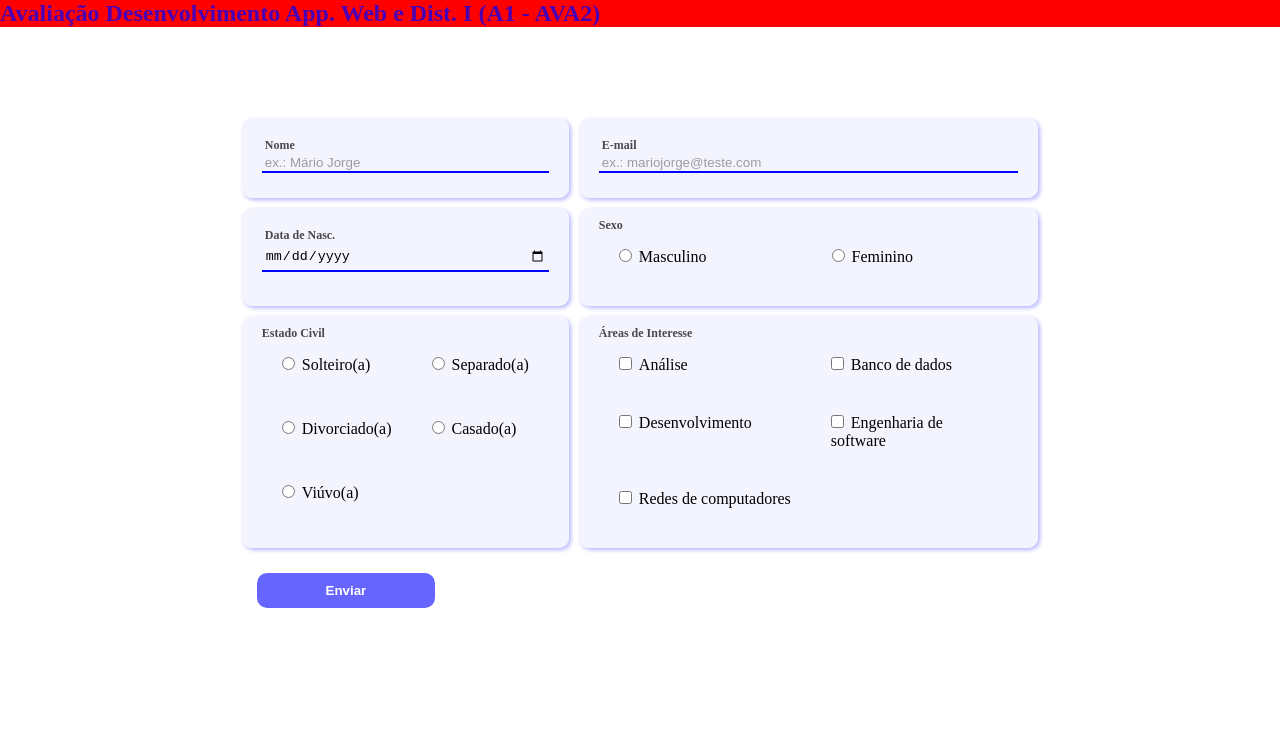
Repository: mjRibeiroTriscal/UVA_Projects
Page: Proj_A1_AVA2_2020_1/index.html
The author's editor kept a copy of each file at every save. The page is drawn from the files as they stood at one save, then again after the next save.
The browser window is 1280 px wide. The pictures show the whole page.

Above is the page before, as saved 2020-03-13 15:00:51.

### Proj_A1_AVA2_2020_1/index.html
<!--
*   @project     A1_AVA2_UVA_2020_1
*   @author      Mário Jorge (mariojgmaster@yahoo.com.br)
*   @Git         MJRibeiroTriscal (https://github.com/mjRibeiroTriscal)
-->

<html>

<head>
    <meta charset="UTF-8">
    <title>Tell Me About You</title>
    <!-- <link rel="icon" href="./favicon.png" sizes="16x16 32x32" type="image/png"> -->
    <script src="./script.js"></script>
    <link rel="stylesheet" href="./style.css" />
</head>

<body>
    <div id="container">

        <header style="position:fixed;top:0px;background-color:red; width: 100%">

            <h2>Avaliação Desenvolvimento App. Web e Dist. I (A1 - AVA2)</h2>

        </header>

        <section>

            <form class="gridContainer" name="formUva" action="http://google.co">

                <div class="gridItem blockContainer">
                    <label for="nome" class="labelFirst">Nome</label>
                    <input id="nome" type="text" name="nome" placeholder="ex.: Mário Jorge" />
                </div>
                <div class="gridItem blockContainer">
                    <label for="email" class="labelFirst">E-mail</label>
                    <input id="email" type="text" name="email" placeholder="ex.: mariojorge@teste.com" />
                </div>

                <div class="gridItem blockContainer">
                    <label for="dataNasc" class="labelFirst">Data de Nasc.</label>
                    <input id="dataNasc" type="date" name="dataNasc" />
                </div>

                <div class="gridItem gridContainer blockContainer">
                    <h3 style="position:absolute;margin-top:-10px;">Sexo</h3>
                    <div class="gridItem">
                        <input id="masc" type="radio" name="sexo" />
                        <label for="masc">Masculino</label>
                    </div>
                    <div class="gridItem">
                        <input id="fem" type="radio" name="sexo" />
                        <label for="fem">Feminino</label>
                    </div>
                </div>

                <div class="gridItem gridContainer blockContainer">
                    <h3 style="position:absolute;margin-top:-10px;">Estado Civil</h3>
                    <div class="gridItem">
                        <input id="solteiro" type="radio" name="estCivil" />
                        <label for="solteiro">Solteiro(a)</label>
                    </div>
                    <div class="gridItem">
                        <input id="separado" type="radio" name="estCivil" />
                        <label for="separado">Separado(a)</label>
                    </div>
                    <div class="gridItem">
                        <input id="divorciado" type="radio" name="estCivil" />
                        <label for="divorciado">Divorciado(a)</label>
                    </div>
                    <div class="gridItem">
                        <input id="casado" type="radio" name="estCivil" />
                        <label for="casado">Casado(a)</label>
                    </div>
                    <div class="gridItem">
                        <input id="viuvo" type="radio" name="estCivil" />
                        <label for="viuvo">Viúvo(a)</label>
                    </div>
                </div>

                <div class="gridItem gridContainer blockContainer">
                    <h3 style="position:absolute;margin-top:-10px;">Áreas de Interesse</h3>
                    <div class="gridItem">
                        <input id="analise" type="checkbox" name="analise" />
                        <label for="analise">Análise</label>
                    </div>
                    <div class="gridItem">
                        <input id="bancoDados" type="checkbox" name="bancoDados" />
                        <label for="bancoDados">Banco de dados</label>
                    </div>
                    <div class="gridItem">
                        <input id="desenvolvimento" type="checkbox" name="desenvolvimento" />
                        <label for="desenvolvimento">Desenvolvimento</label>
                    </div>
                    <div class="gridItem">
                        <input id="engenhariaSoftware" type="checkbox" name="engenhariaSoftware" />
                        <label for="engenhariaSoftware">Engenharia de software</label>
                    </div>
                    <div class="gridItem">
                        <input id="redesComputadores" type="checkbox" name="redesComputadores" />
                        <label for="redesComputadores">Redes de computadores</label>
                    </div>
                </div>

                <div class="gridItem itemFlex">
                    <input type="submit" value="Enviar">
                </div>

            </form>

        </section>

        <footer>

        </footer>

</body>

</html>

### Proj_A1_AVA2_2020_1/script.js
/*
 *   @project     A1_AVA2_UVA_2020_1
 *   @author      Mário Jorge (mariojgmaster@yahoo.com.br)
 *   @Git         MJRibeiroTriscal (https://github.com/mjRibeiroTriscal)
 */

### Proj_A1_AVA2_2020_1/style.css
/*
 *   @project     A1_AVA2_UVA_2020_1
 *   @author      Mário Jorge (mariojgmaster@yahoo.com.br)
 *   @Git         MJRibeiroTriscal (https://github.com/mjRibeiroTriscal)
 */

* {
    margin: 0px;
    padding: 0px;
}

html,
body {
    width: 100%;
    height: 100%;
}

#container {
    padding: 10px;
    display: flex;
    align-items: center;
    justify-content: center;
    height: 100%;
}

header h2 {
    color: rgba(0, 0, 255, 0.7)
}

section {
    width: 80%;
    display: flex;
    align-items: center;
    justify-content: center;
}

section form.gridContainer {
    width: 80%;
}

label.labelFirst,
h3 {
    font-size: 12px;
    font-weight: 700;
    opacity: 0.7;
}

label {
    margin-left: 3px;
}

input {
    border: none;
    outline: none;
    box-shadow: 0;
}

input[type=text],
input[type=date] {
    width: 100%;
    height: 50%;
    padding: 5px 3px 3px 3px;
    border-bottom: 2px solid Blue;
    background: none;
}

input[type=text]::placeholder,
input[type=date]::placeholder {
    opacity: 0.7;
}

input[type=submit] {
    width: 60%;
    height: 100%;
    padding: 10px;
    color: #FFF;
    font-weight: bold;
    background-color: rgba(0, 0, 255, 0.6);
    border-radius: 10px;
}

input[type=submit]:active {
    background-color: rgba(0, 0, 255, 0.8);
}

.gridContainer {
    display: grid;
    /* border: 1px solid red; */
    grid-template-columns: auto auto;
}

.gridItem {
    padding: 20px;
}

.blockContainer {
    margin: 5px;
    border-radius: 10px;
    background-color: rgba(240, 240, 255, 0.7);
    box-shadow: 2px 2px 4px rgba(0, 0, 255, 0.1), 2px 2px 4px rgba(0, 0, 255, 0.2);
}

After the next save:
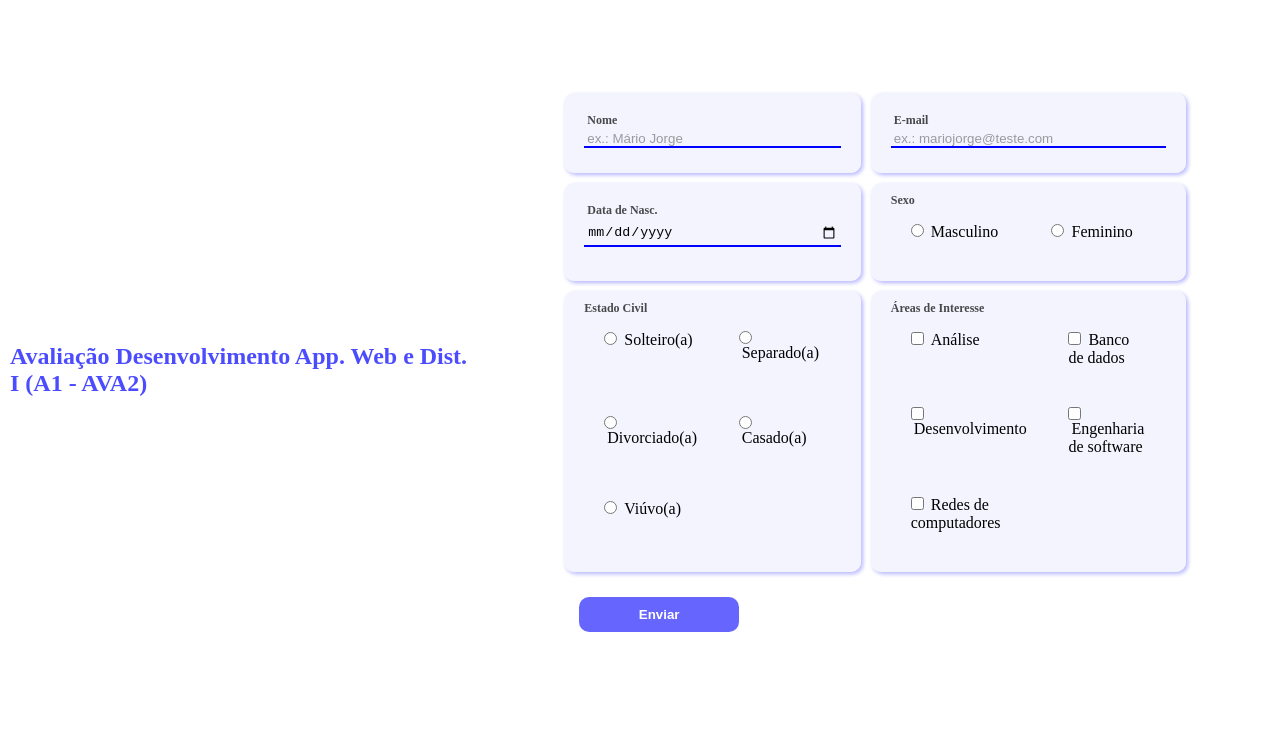
Saved 15 s later.
--- a/Proj_A1_AVA2_2020_1/index.html
+++ b/Proj_A1_AVA2_2020_1/index.html
@@ -17,7 +17,7 @@
 <body>
     <div id="container">
 
-        <header style="position:fixed;top:0px;background-color:red; width: 100%">
+        <header>
 
             <h2>Avaliação Desenvolvimento App. Web e Dist. I (A1 - AVA2)</h2>
 
